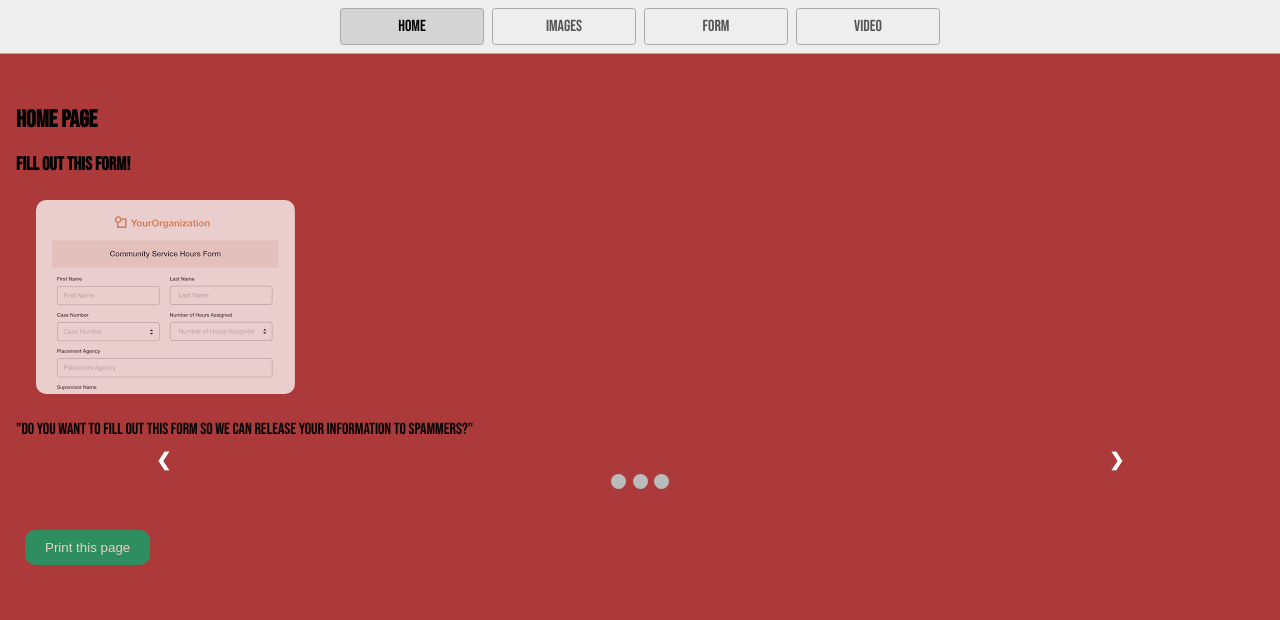
Repository: sebas6292/palmTree-Final
Page: Home.html
These files come from the project's save history. The page is drawn as it stood at one moment and after the next save; the edit follows.
The browser window is 1280 px wide. The pictures show the whole page.

Above is the page before, as saved 2023-06-03 16:07:29.
Console error: TypeError: Cannot set properties of null (setting 'innerHTML')

After the next save:
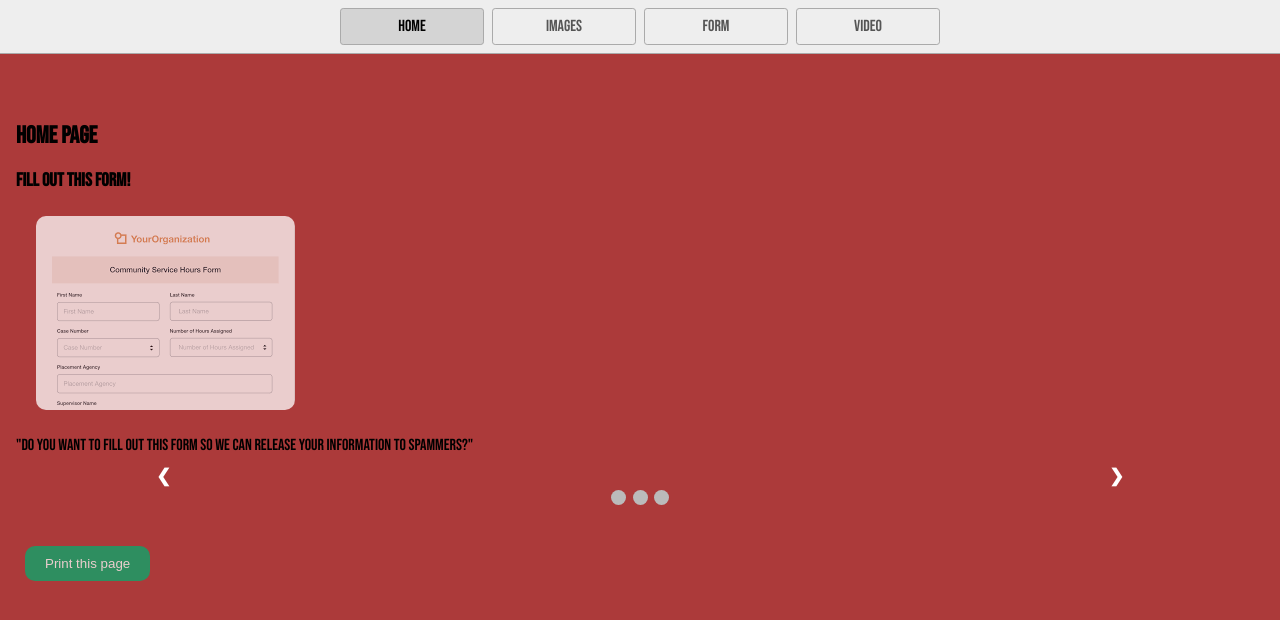
Saved 3 min 42 s later.
--- a/Home.html
+++ b/Home.html
@@ -2,7 +2,7 @@
 <html lang="en">
   <head>
     <title>Jeff's Final</title>
-    <meta charset="UTF-8" />
+    <meta charset=" UTF-8" />
     <meta name="viewport" content="width=device-width" />
   <link rel="icon" href="/Assets/favicon.jpg" type="image/x-icon">
     <link rel="preconnect" href="https://fonts.googleapis.com">
@@ -19,6 +19,9 @@
       <a href="/Video.html">Video</a>
     </nav>
     <main>
+      <h1 id="currentDate">
+
+      </h1>
 
         <br>
       <h1>Home page</h1>
